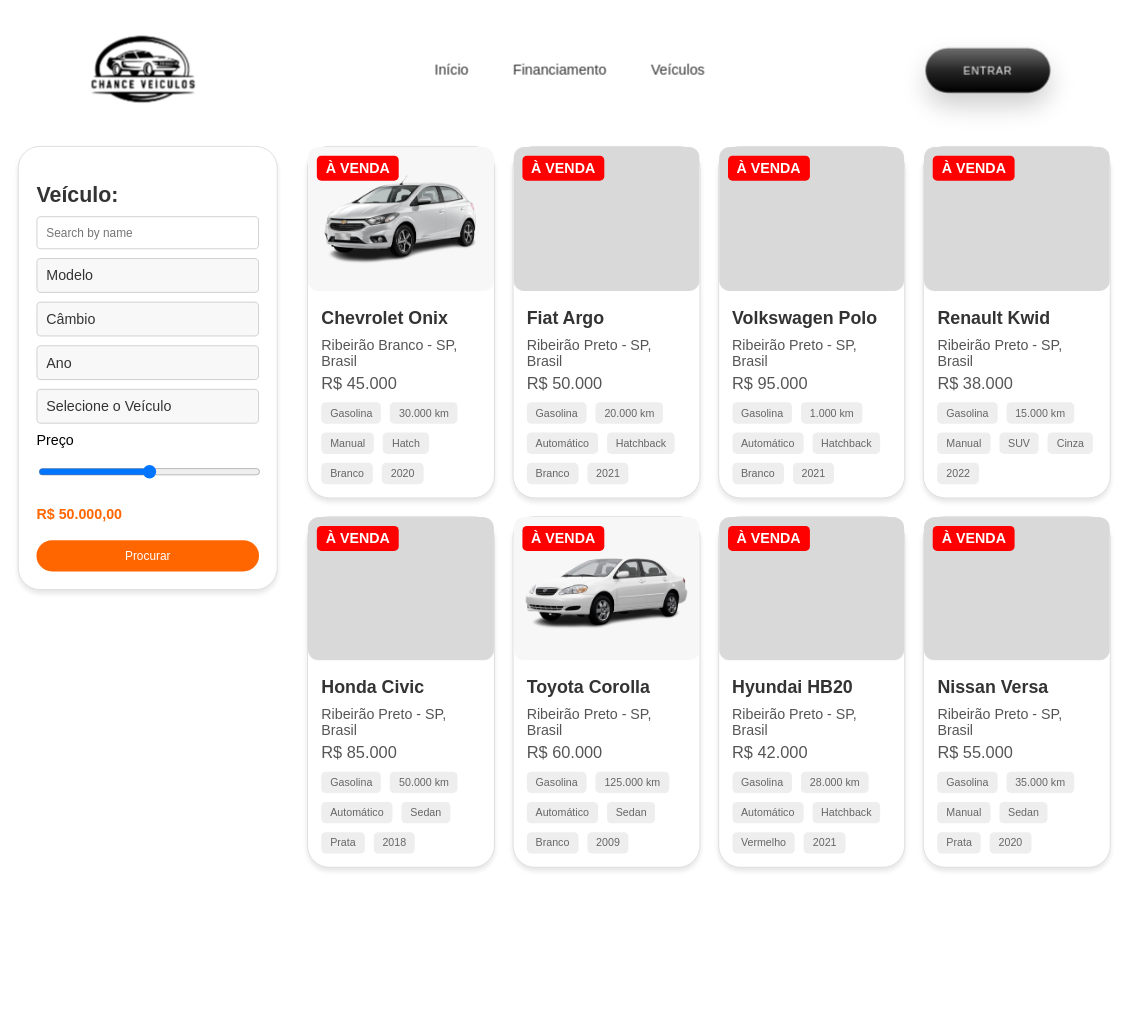
Repository: Matheus904-12/Reforma
Page: veicu.html
The author's editor kept a copy of each file at every save. The page is drawn from the files as they stood at one save, then again after a run of saves.
The browser window is 1280 px wide. The pictures show the whole page, at 89% of full size.
Some web libraries are served in a nearby version.

Above is the page before, as saved 2024-08-12 20:39:06.
Console error: TypeError: Cannot read properties of undefined (reading 'click')

After the next 3 saves:
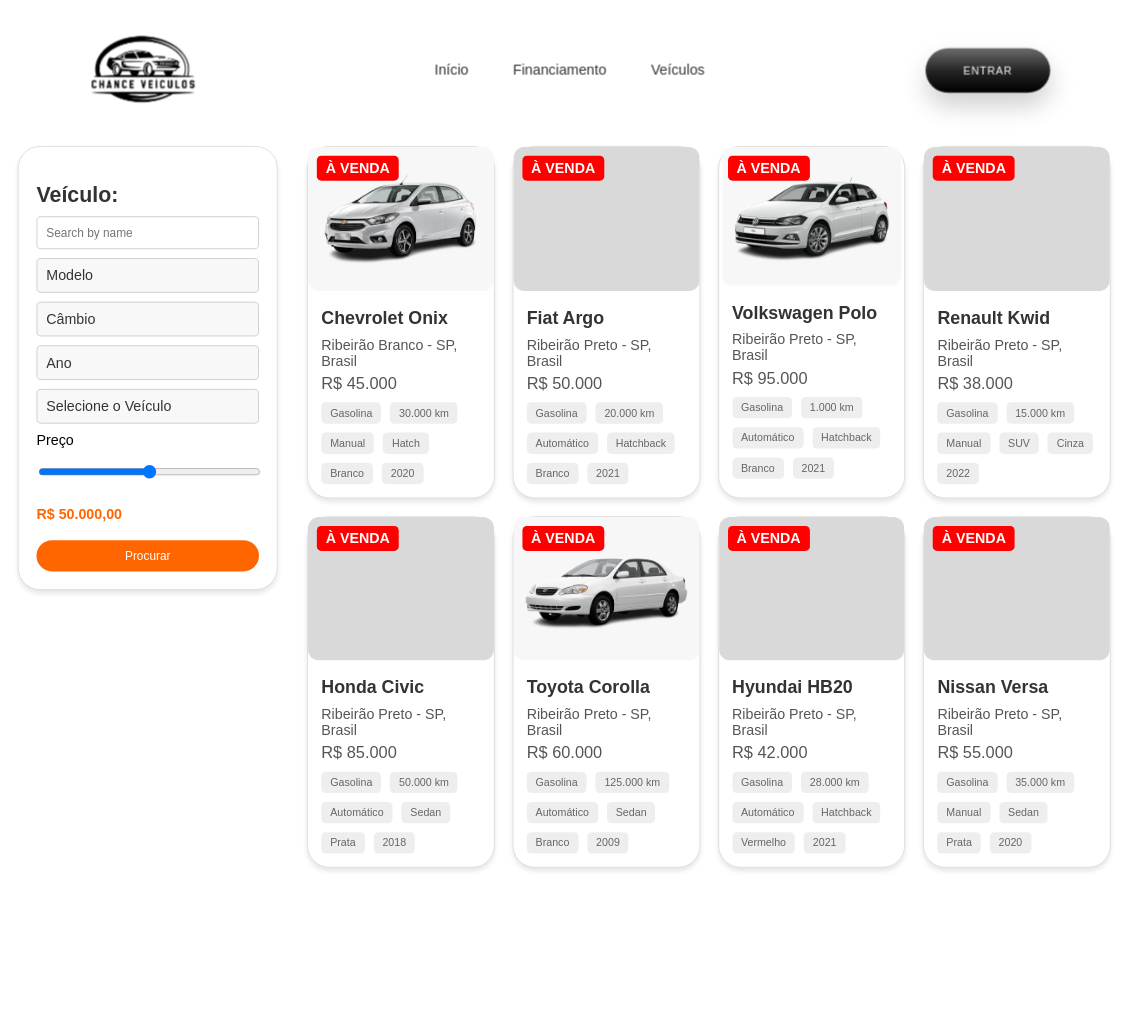
The 3 saves are shown as one change because they came seconds apart.
The last was saved 97 s later.
--- a/veicu.html
+++ b/veicu.html
@@ -158,7 +158,7 @@
 
             <div class="vehicle-card" onclick="window.location.href='#'">
                 <div class="image">
-                    <img src="imagens/Rectangle 11.png" alt="Volkswagen Gol">
+                    <img src="veiculos/img8.png" alt="Volkswagen Gol">
                     <div class="for-sale">À VENDA</div>
                 </div>
                 <div class="details">
